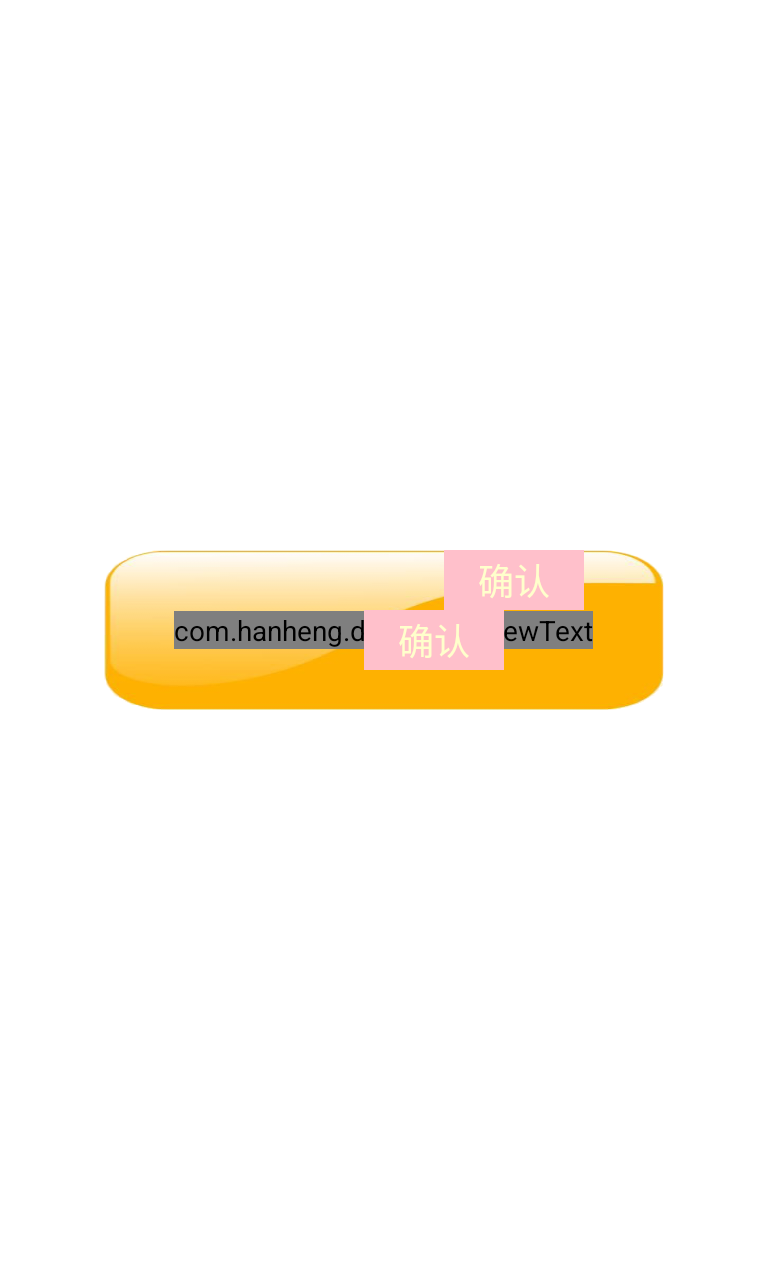
Repository: CovaWang/temporary_embedded
Layout: 7#车联·共享单车/代码/代码/res/layout/display.xml
An editor plug-in stored every save of this project. The layout is shown before and after the next save, followed by the edit.
Pictures or frames that could not be fetched are drawn as grey boxes. It is drawn on a 768 x 1280 px phone screen (xhdpi) without system bars, with theme AppTheme; the app's code is not run.

Above is the layout before, as saved 2024-05-15 11:53:50.

After the next save:
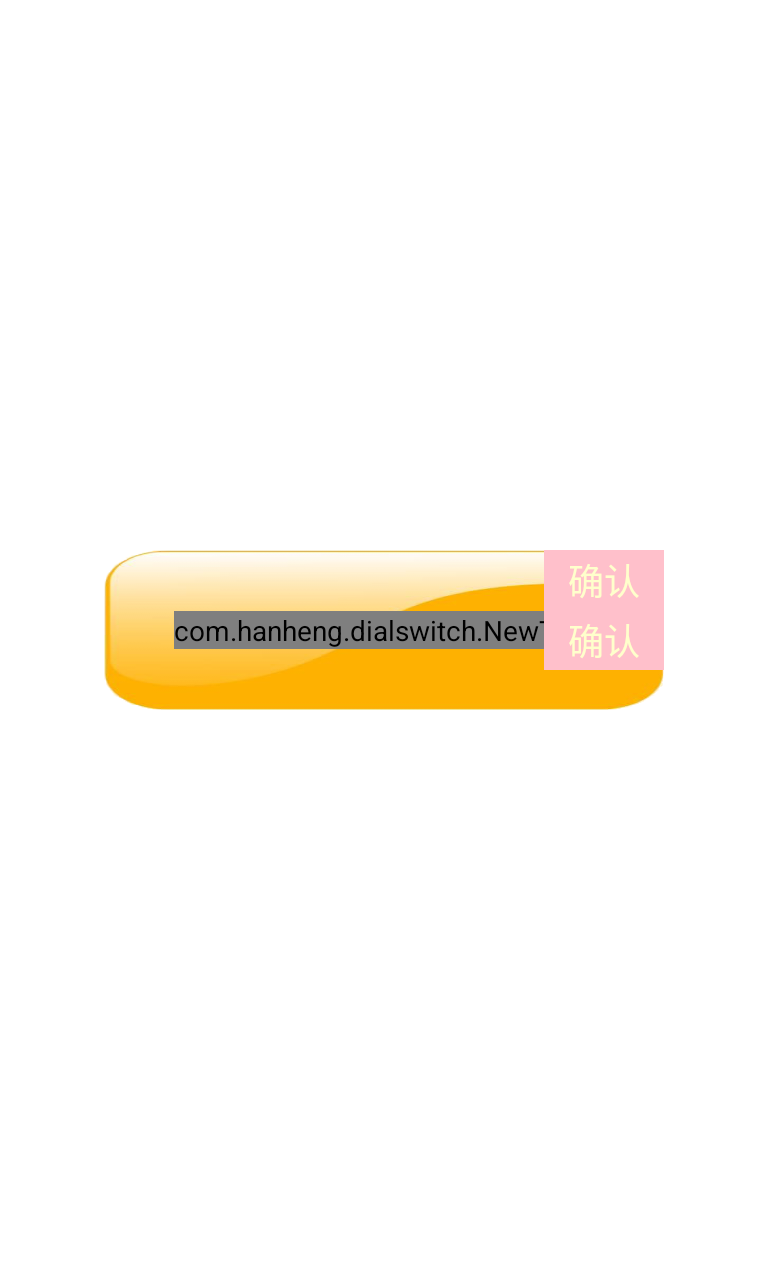
Saved 23 s later.
--- a/7#车联·共享单车/代码/代码/res/layout/display.xml
+++ b/7#车联·共享单车/代码/代码/res/layout/display.xml
@@ -37,7 +37,7 @@
         android:layout_width="70dp"
         android:layout_height="30dp"
         android:layout_marginTop="0dp"
-        android:layout_marginLeft="170dp"
+        android:layout_marginLeft="220dp"
         android:background="#FFC0CB"
         android:text="确认"
         android:textColor="#FFC" />
@@ -47,7 +47,7 @@
         android:layout_width="70dp"
         android:layout_height="30dp"
         android:layout_marginTop="30dp"
-        android:layout_marginLeft="130dp"
+        android:layout_marginLeft="220dp"
         android:background="#FFC0CB"
         android:text="确认"
         android:textColor="#FFC" />
